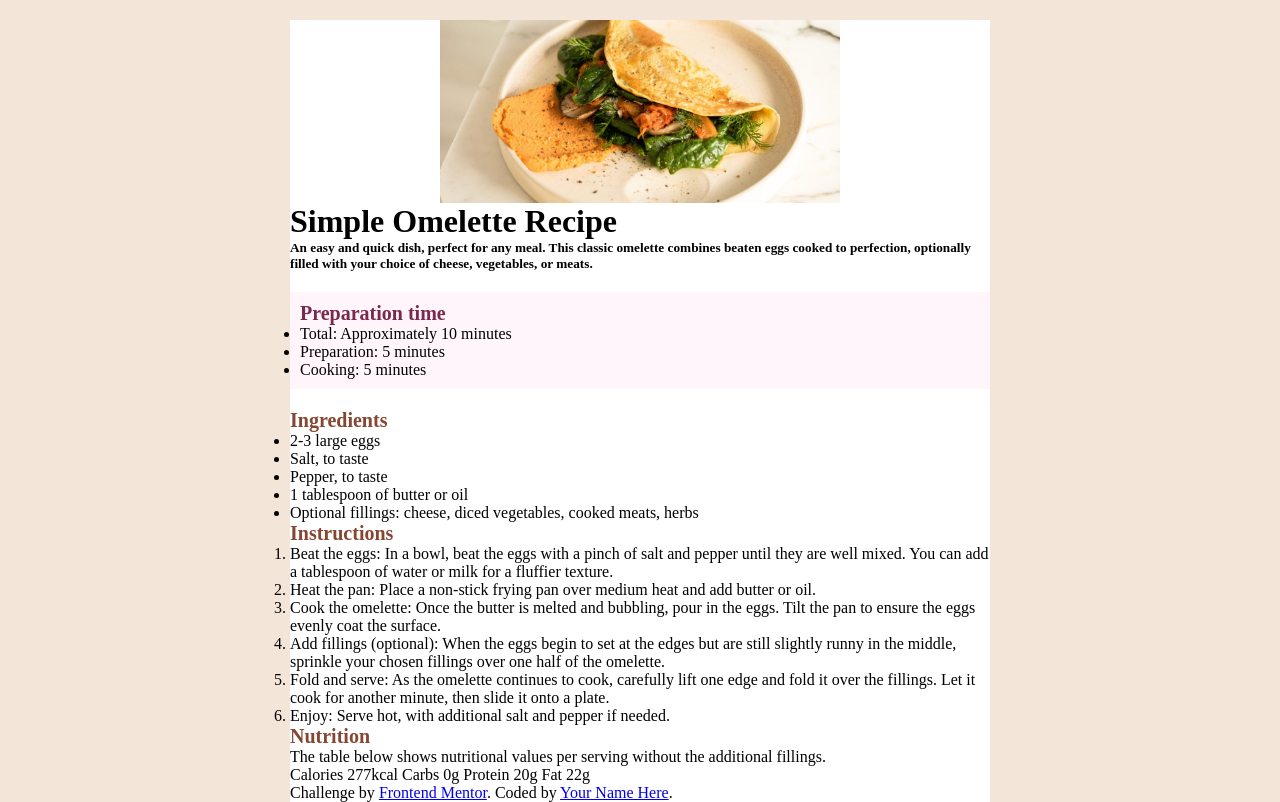
Repository: sodmaq/recipe-page-
Page: index.html
These files come from the project's save history. The page is drawn as it stood at one moment and after the next save; the edit follows.
The browser window is 1280 px wide. The pictures show the whole page.

Above is the page before, as saved 2024-09-07 19:24:40.

### index.html
<!DOCTYPE html>
<html lang="en">
  <head>
    <meta charset="UTF-8" />
    <meta name="viewport" content="width=device-width, initial-scale=1.0" />
    <!-- displays site properly based on user's device -->
    <link rel="stylesheet" href="style.css" />

    <link
      rel="icon"
      type="image/png"
      sizes="32x32"
      href="./assets/images/favicon-32x32.png"
    />

    <title>Frontend Mentor | Recipe page</title>

    <!-- Feel free to remove these styles or customise in your own stylesheet 👍 -->
    <!-- <style>
      .attribution {
        font-size: 11px;
        text-align: center;
      }
      .attribution a {
        color: hsl(228, 45%, 44%);
      }
    </style> -->
  </head>
  <body>
    <div class="container">
      <header>
        <img src="/assets/images/image-omelette.jpeg" alt="" />
        <h1>Simple Omelette Recipe</h1>
        <h5>
          An easy and quick dish, perfect for any meal. This classic omelette
          combines beaten eggs cooked to perfection, optionally filled with your
          choice of cheese, vegetables, or meats.
        </h5>
      </header>
      <article>
        <div class="preparation">
          <h3 id="text">Preparation time</h3>
          <ul>
            <li>Total: Approximately 10 minutes</li>
            <li>Preparation: 5 minutes</li>
            <li>Cooking: 5 minutes</li>
          </ul>
        </div>
        <h1 id="h1Text">Ingredients</h1>
        <ul>
          <li>2-3 large eggs</li>
          <li>Salt, to taste</li>
          <li>Pepper, to taste</li>
          <li>1 tablespoon of butter or oil</li>
          <li>
            Optional fillings: cheese, diced vegetables, cooked meats, herbs
          </li>
        </ul>

        <h1 id="h1Text">Instructions</h1>

        <ol>
          <li>
            Beat the eggs: In a bowl, beat the eggs with a pinch of salt and
            pepper until they are well mixed. You can add a tablespoon of water
            or milk for a fluffier texture.
          </li>
          <li>
            Heat the pan: Place a non-stick frying pan over medium heat and add
            butter or oil.
          </li>
          <li>
            Cook the omelette: Once the butter is melted and bubbling, pour in
            the eggs. Tilt the pan to ensure the eggs evenly coat the surface.
          </li>
          <li>
            Add fillings (optional): When the eggs begin to set at the edges but
            are still slightly runny in the middle, sprinkle your chosen
            fillings over one half of the omelette.
          </li>
          <li>
            Fold and serve: As the omelette continues to cook, carefully lift
            one edge and fold it over the fillings. Let it cook for another
            minute, then slide it onto a plate.
          </li>
          <li>Enjoy: Serve hot, with additional salt and pepper if needed.</li>
        </ol>

        <h1 id="h1Text">Nutrition</h1>
        <p>
          The table below shows nutritional values per serving without the
          additional fillings.
        </p>

        Calories 277kcal Carbs 0g Protein 20g Fat 22g
      </article>

      <div class="attribution">
        Challenge by
        <a href="https://www.frontendmentor.io?ref=challenge" target="_blank"
          >Frontend Mentor</a
        >. Coded by <a href="#">Your Name Here</a>.
      </div>
    </div>
  </body>
</html>

### style.css
* {
  margin: 0;
  padding: 0;
  box-sizing: border-box;
}

body {
  background-color: hsl(30, 54%, 90%);
}
.container {
  width: 700px;
  margin-left: auto;
  margin-right: auto;
  background-color: hsl(0, 0%, 100%);
}
img {
  width: 400px;
  margin-left: auto;
  margin-right: auto;
  display: block;
  margin-top: 20px;
}
.preparation {
  background-color: hsl(330, 100%, 98%);
  padding: 10px;
  margin-top: 20px;
  margin-bottom: 20px;
}
#text {
  color: hsl(332, 51%, 32%);
  font-weight: 700;
  font-size: 20px;
}
#h1Text {
  color: hsl(14, 45%, 36%);
  font-weight: 700;
  font-size: 20px;
}

After the next save:
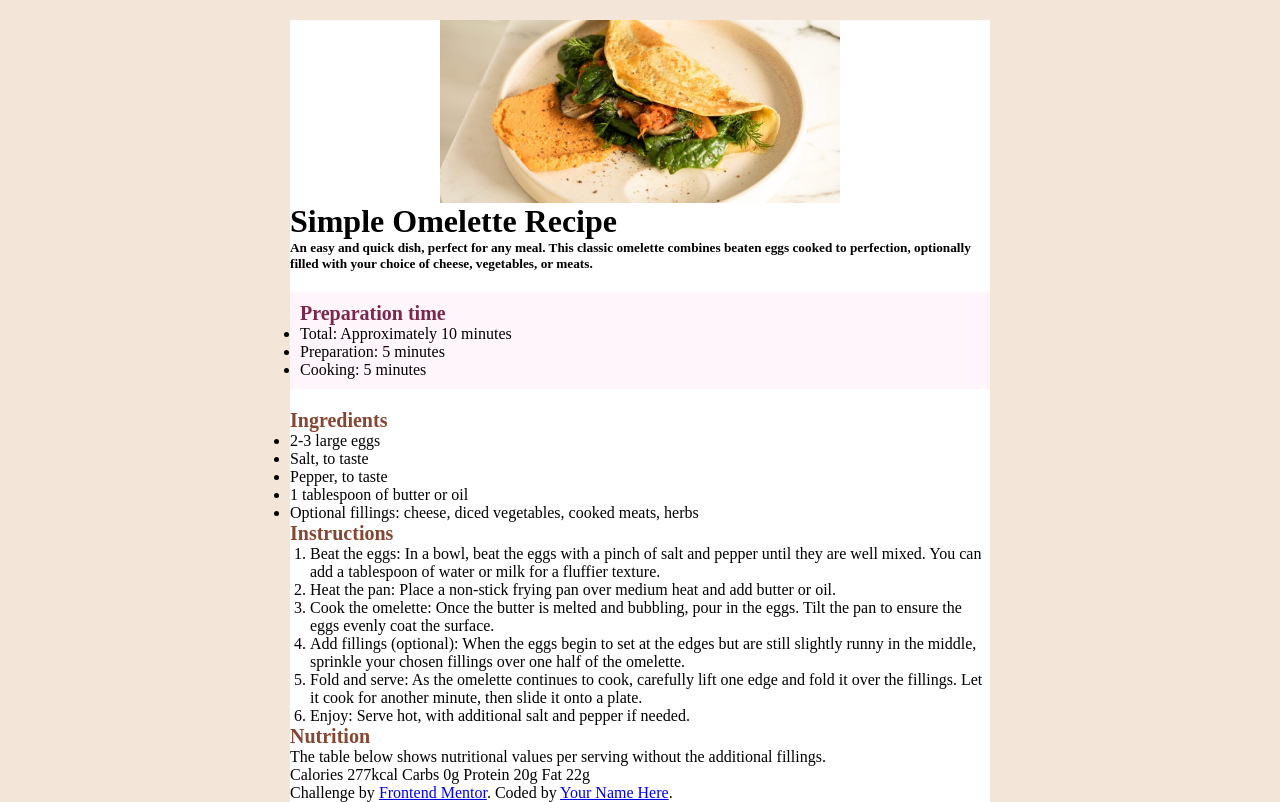
Saved 10 s later.
--- a/style.css
+++ b/style.css
@@ -36,3 +36,6 @@ img {
   font-weight: 700;
   font-size: 20px;
 }
+ol {
+  margin-left: 20px;
+}
